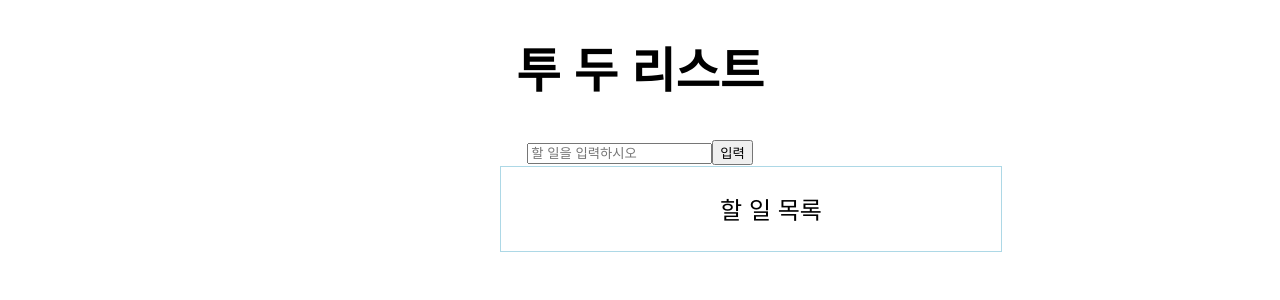
Repository: jun01270/Todo-List_React
Page: /
These files come from the project's save history. The page is drawn as it stood at one moment and after a run of saves; the edit follows.
The browser window is 1280 px wide. The pictures show the whole page.
The project was rebuilt for these pictures with package versions that can differ from the ones it lists, and the page was loaded fresh each time.

Above is the page before, as saved 2023-01-03 01:03:03.

### public/index.html
<!DOCTYPE html>
<html lang="en">
  <head>
    <meta charset="utf-8" />
    <link rel="preconnect" href="https://fonts.googleapis.com" />
    <link rel="preconnect" href="https://fonts.gstatic.com" crossorigin />
    <link
      href="https://fonts.googleapis.com/css2?family=Nanum+Pen+Script&display=swap"
      rel="stylesheet"
    />
    <meta name="viewport" content="width=device-width, initial-scale=1" />
    <meta name="theme-color" content="#000000" />
    <meta
      name="description"
      content="Web site created using create-react-app"
    />
    <title>React App</title>
  </head>
  <body>
    <noscript>You need to enable JavaScript to run this app.</noscript>
    <div id="root"></div>
  </body>
</html>

### src/App.js
import "./App.css";
import Todo from "./todo";

function App() {
  return (
    <>
      <Todo />
    </>
  );
}

export default App;

### src/App.css
#todo {
  font-family: "Nanum Pen Script", cursive;
  font-size: x-large;
  display: flex;
  justify-content: center;
  text-align: center;
  flex-direction: column;
}

.todo-items {
  margin-left: 500px;
  width: 500px;
  border: 1px solid lightblue;
}

### src/todo.js
import { useState } from "react";
import "./App.css";

function Todo() {
  const [inputValue, setInputValue] = useState("");
  const [todoItems, setTodoItems] = useState([]);

  const handleInput = (e) => {
    setInputValue(e.target.value);
  };

  const handleTodo = (e) => {
    setTodoItems([...todoItems, inputValue]);
  };

  return (
    <div id="todo">
      <h1>투 두 리스트</h1>
      <div>
        <input
          type="text"
          placeholder="할 일을 입력하시오"
          onChange={handleInput}
          value={inputValue}
        ></input>
        <button onClick={handleTodo}>입력</button>
      </div>
      <div className="todo-items">
        <ul>할 일 목록</ul>
        {todoItems.map((todos) => (
          <div>{todos}</div>
        ))}
      </div>
    </div>
  );
}

export default Todo;

Loaded but not shown: src/index.js (common file); src/index.css (common file); src/reportWebVitals.js (common file)

After the next 2 saves:
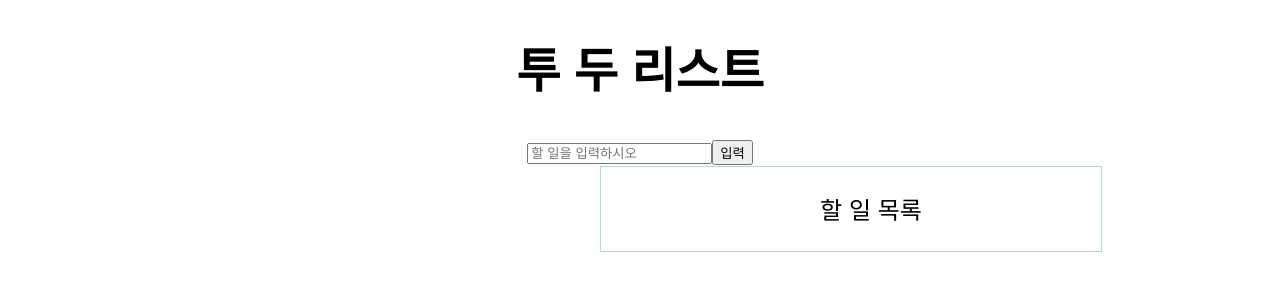
The 2 saves are shown as one change because they came seconds apart.
The last was saved 8 s later.
--- a/src/App.css
+++ b/src/App.css
@@ -8,7 +8,7 @@
 }
 
 .todo-items {
-  margin-left: 500px;
+  margin-left: 600px;
   width: 500px;
   border: 1px solid lightblue;
 }
